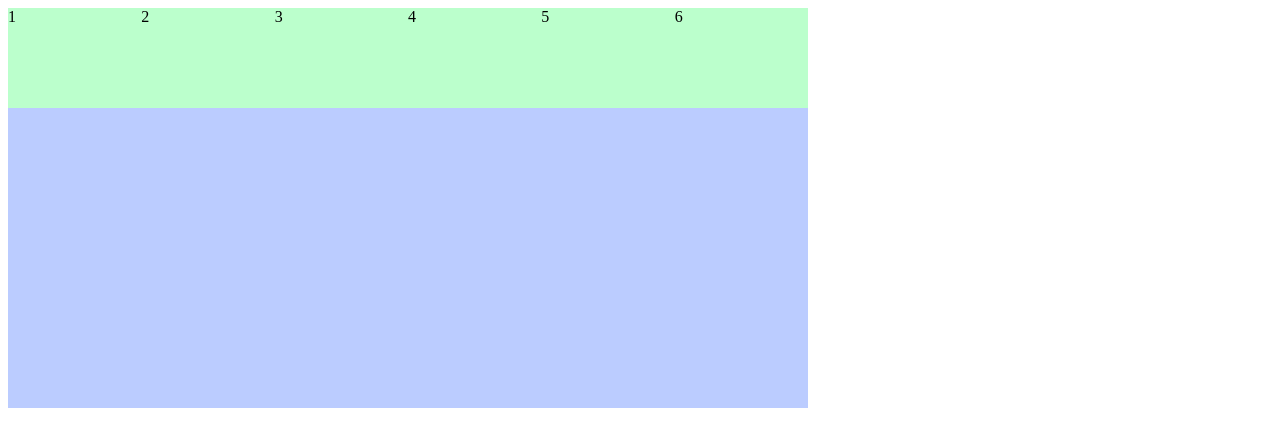
Repository: liutian97/learn1
Page: 移动端web开发/代码/2. Flex 伸缩布局/07-flex设置侧轴对齐方式（多行）.html
An editor plug-in stored every save of this project. The page is shown before and after the next save, followed by the edit.
The browser window is 1280 px wide. The pictures show the whole page.

Above is the page before, as saved 2022-07-02 17:29:31.

### 移动端web开发/代码/2. Flex 伸缩布局/07-flex设置侧轴对齐方式（多行）.html
<!DOCTYPE html>
<html lang="en">

<head>
  <meta charset="UTF-8">
  <meta http-equiv="X-UA-Compatible" content="IE=edge">
  <meta name="viewport" content="width=device-width, initial-scale=1.0">
  <title>Document</title>
  <style>
    div {
      width: 800px;
      height: 400px;
      background-color: #bcf;
      display: flex;
    }
    div span {
      width: 150px;
      height: 100px;
      background-color: #bfc;
      margin:
    }
  </style>
</head>

<body>
  <div>
    <span>1</span>
    <span>2</span>
    <span>3</span>
    <span>4</span>
    <span>5</span>
    <span>6</span>

  </div>
</body>

</html>









<!-- <!DOCTYPE html>
<html lang="en">

<head>
    <meta charset="UTF-8">
    <meta name="viewport" content="width=device-width, initial-scale=1.0">
    <meta http-equiv="X-UA-Compatible" content="ie=edge">
    <title>Document</title>
    <style>
        div {
            display: flex;
            width: 800px;
            height: 400px;
            background-color: pink;
            /* 换行 */
            flex-wrap: wrap;
            /* 因为有了换行，此时我们侧轴上控制子元素的对齐方式我们用 align-content */
            /* align-content: flex-start; */
            /* align-content: center; */
            /* align-content: space-between; */
            align-content: space-around;
        }

        div span {
            width: 150px;
            height: 100px;
            background-color: purple;
            color: #fff;
            margin: 10px;
        }
    </style>
</head>

<body>
    <div>
        <span>1</span>
        <span>2</span>
        <span>3</span>
        <span>4</span>
        <span>5</span>
        <span>6</span>
    </div>
</body>

</html> -->

After the next save:
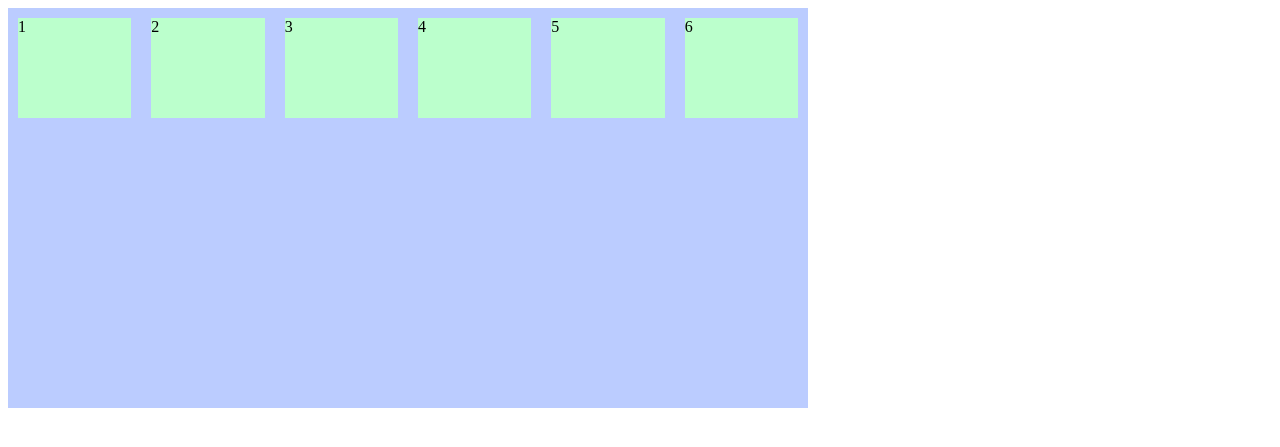
Saved 7 s later.
--- a/移动端web开发/代码/2. Flex 伸缩布局/07-flex设置侧轴对齐方式（多行）.html
+++ b/移动端web开发/代码/2. Flex 伸缩布局/07-flex设置侧轴对齐方式（多行）.html
@@ -13,11 +13,12 @@
       background-color: #bcf;
       display: flex;
     }
+
     div span {
       width: 150px;
       height: 100px;
       background-color: #bfc;
-      margin:
+      margin: 10px;
     }
   </style>
 </head>
